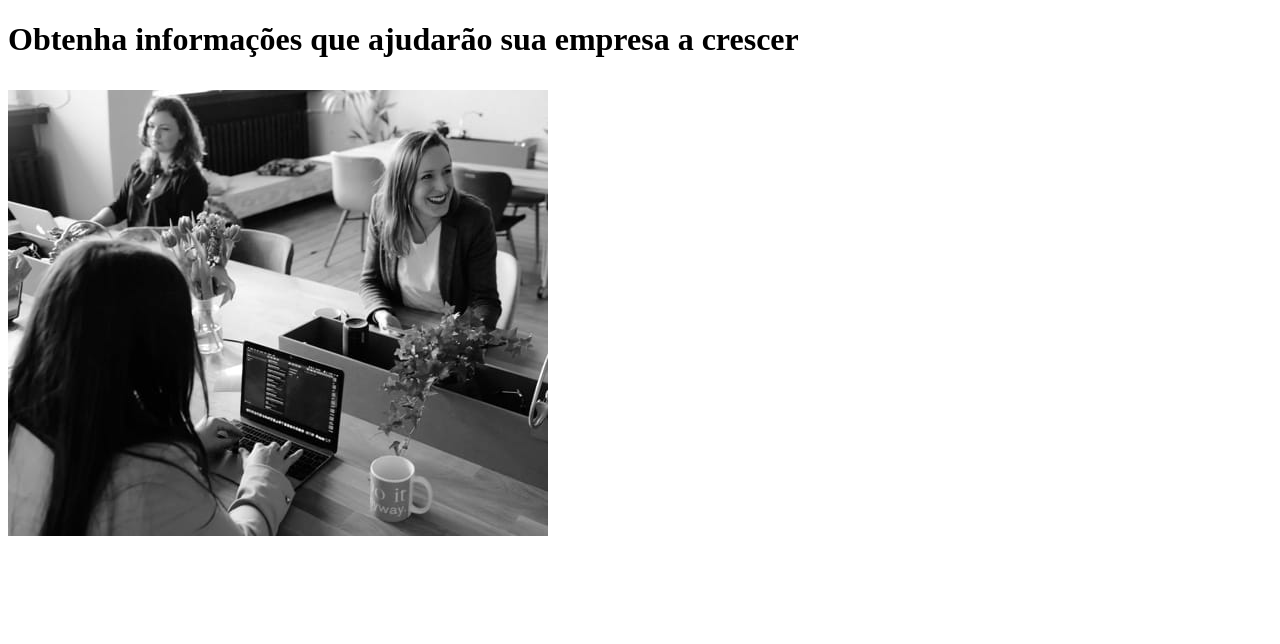
Repository: caique2512/componentes-de-estatisticas
Page: index.html
These files come from the project's save history. The page is drawn as it stood at one moment and after a run of saves; the edit follows.
The browser window is 1280 px wide. The pictures show the whole page.

Above is the page before, as saved 2026-03-03 16:44:17.

After the next 2 saves:
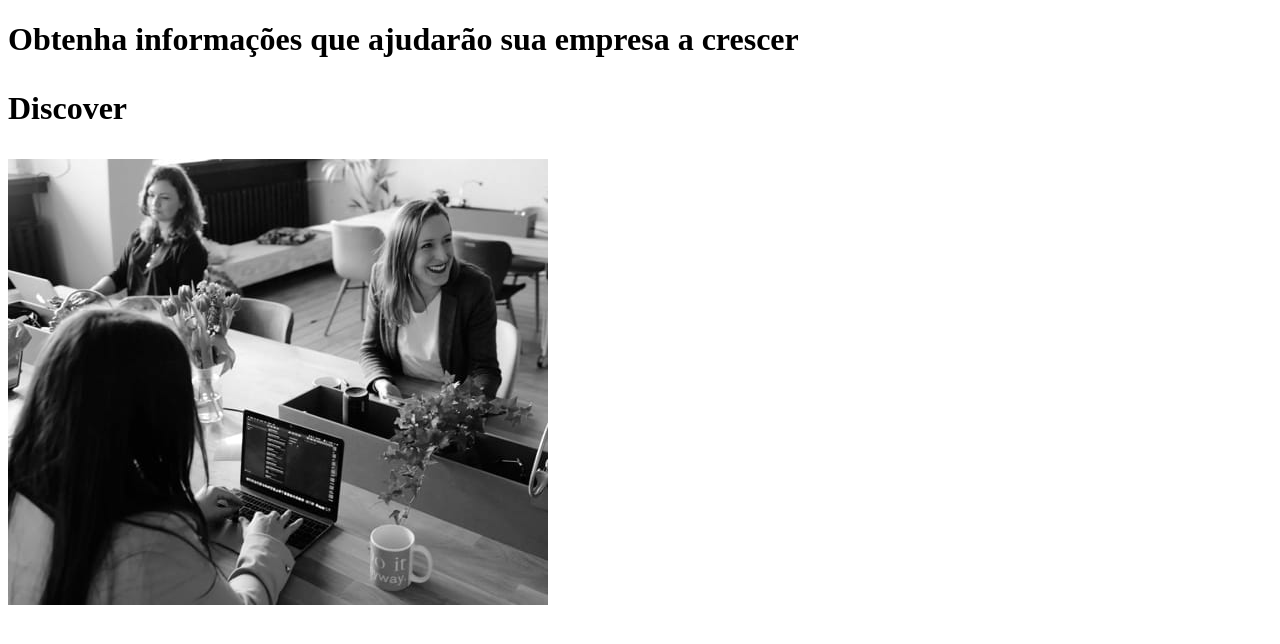
The 2 saves are shown as one change because they came seconds apart.
The last was saved 13 s later.
--- a/index.html
+++ b/index.html
@@ -10,7 +10,7 @@
         <div class="conteudo-principal">
             <h1>Obtenha informações que ajudarão sua empresa a crescer<h1>
             <p>
-
+                Discover
             </p>
         </div>
         <picture class="img">
